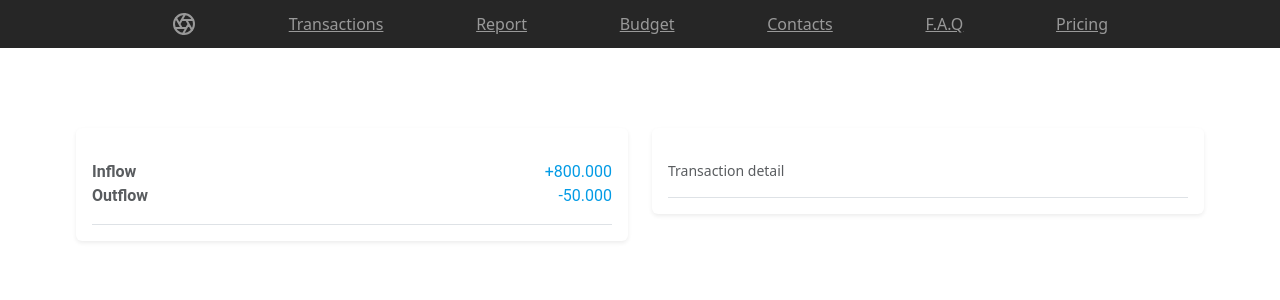
Repository: Nuriddinkhuja/budget-app-advanced
Page: index.html
The author's editor kept a copy of each file at every save. The page is drawn from the files as they stood at one save, then again after the next save.
The browser window is 1280 px wide. The pictures show the whole page.
Some web libraries are served in a nearby version.

Above is the page before, as saved 2019-12-17 16:18:43.

After the next save:
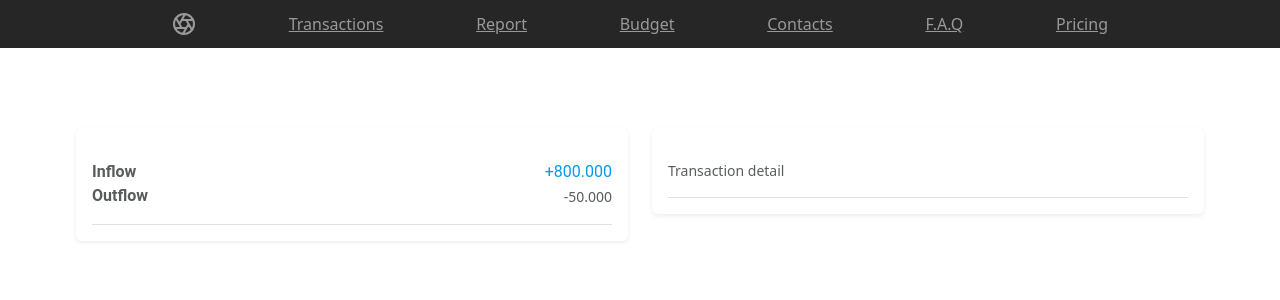
Saved 31 s later.
--- a/index.html
+++ b/index.html
@@ -33,7 +33,7 @@
                             </div>
                             <div class="d-flex justify-content-between align-items-center w-100">
                                 <strong class="text-gray-dark inflow">Outflow</strong>
-                                <span class="inflow-value">-50.000</span>
+                                <span class="outflow-value">-50.000</span>
                             </div>
                         </div>
                     </div>
